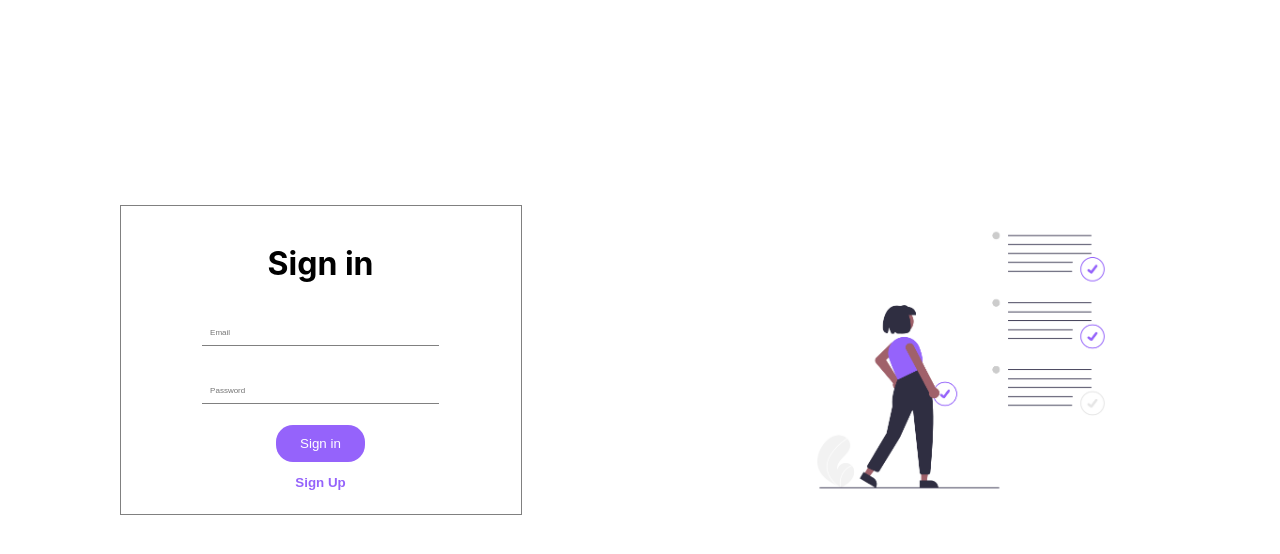
Repository: EEOOOO/wanted-pre-onboarding-fe
Page: / (app in to-do-list-app/)
The author's editor kept a copy of each file at every save. The page is drawn from the files as they stood at one save, then again after the next save.
The browser window is 1280 px wide. The pictures show the whole page.
The project was rebuilt for these pictures with package versions that can differ from the ones it lists, and the page was loaded fresh each time. Also part of the build but not shown: to-do-list-app/src/components/sign_up/sign_up.module.css, to-do-list-app/src/components/sign_up/sign_up.jsx, to-do-list-app/src/components/todoList/todo_list.jsx.

Above is the page before, as saved 2022-08-22 00:31:54.

After the next save:
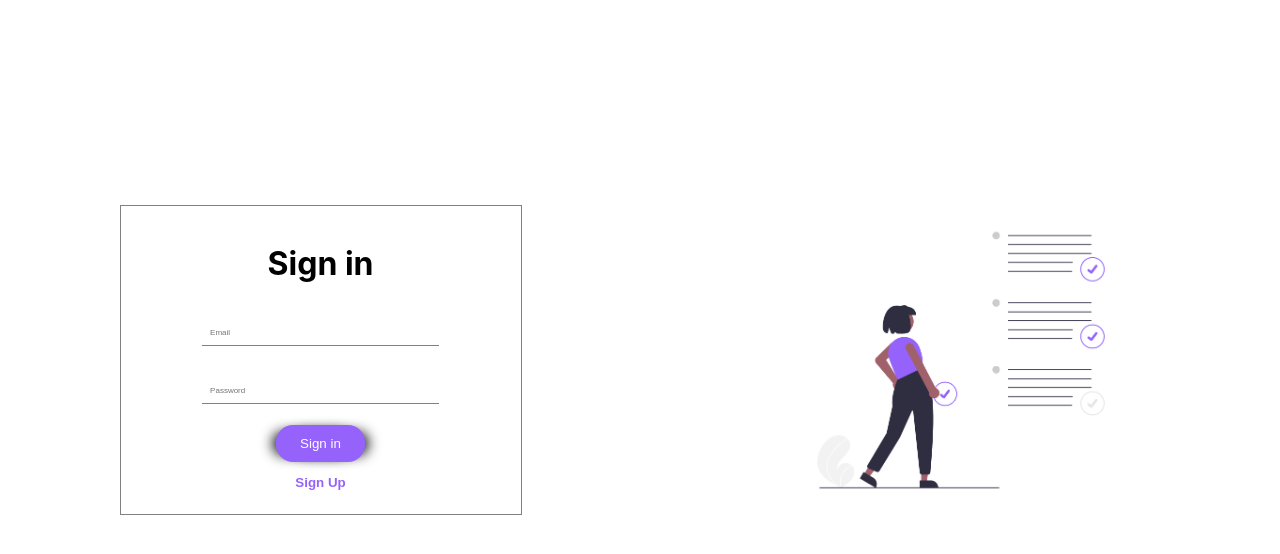
Saved 54 s later.
--- a/to-do-list-app/src/components/login_input_form/login_input_form.module.css
+++ b/to-do-list-app/src/components/login_input_form/login_input_form.module.css
@@ -19,5 +19,8 @@
   padding: 0.7rem 1.5rem;
   border-radius: 17px;
   margin: 0.3rem;
-  box-shadow: 10 10 10 rgb(149, 99, 251);
+  -webkit-box-shadow: -10px 0px 13px -7px #000000, 10px 0px 13px -7px #000000,
+    5px 5px 15px 5px rgba(0, 0, 0, 0);
+  box-shadow: -10px 0px 13px -7px #000000, 10px 0px 13px -7px #000000,
+    5px 5px 15px 5px rgba(0, 0, 0, 0);
 }

After the save that followed:
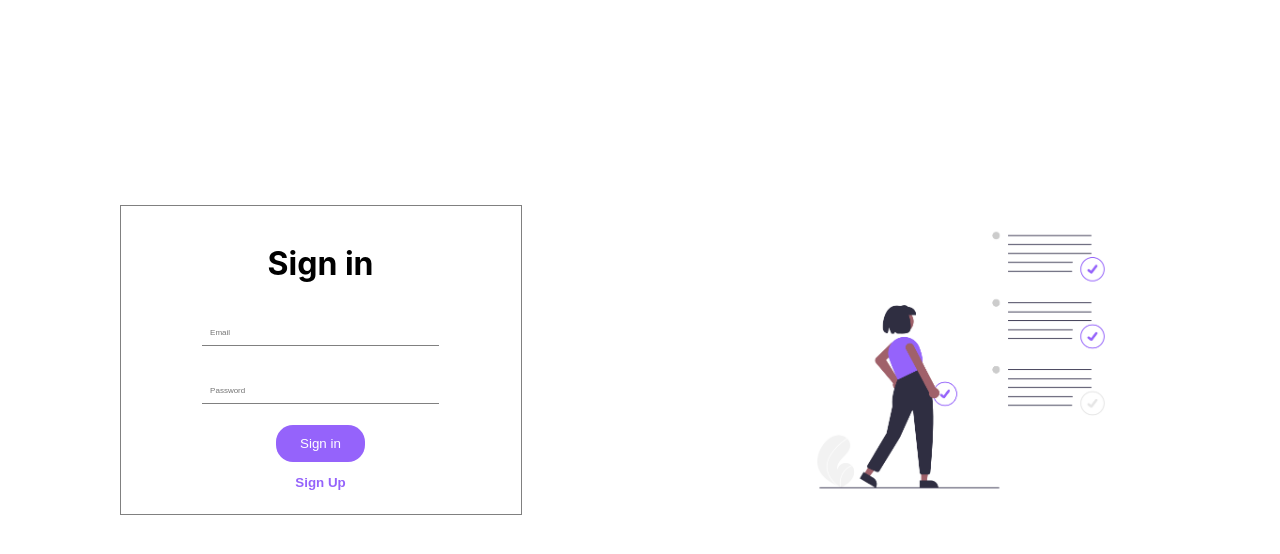
Saved 11 s later.
--- a/to-do-list-app/src/components/login_input_form/login_input_form.module.css
+++ b/to-do-list-app/src/components/login_input_form/login_input_form.module.css
@@ -20,7 +20,7 @@
   border-radius: 17px;
   margin: 0.3rem;
   -webkit-box-shadow: -10px 0px 13px -7px #000000, 10px 0px 13px -7px #000000,
-    5px 5px 15px 5px rgba(0, 0, 0, 0);
+    5px 5px 15px 5px rgba(149, 99, 251 0);
   box-shadow: -10px 0px 13px -7px #000000, 10px 0px 13px -7px #000000,
-    5px 5px 15px 5px rgba(0, 0, 0, 0);
+    5px 5px 15px 5px rgba(149, 99, 251 0);
 }
